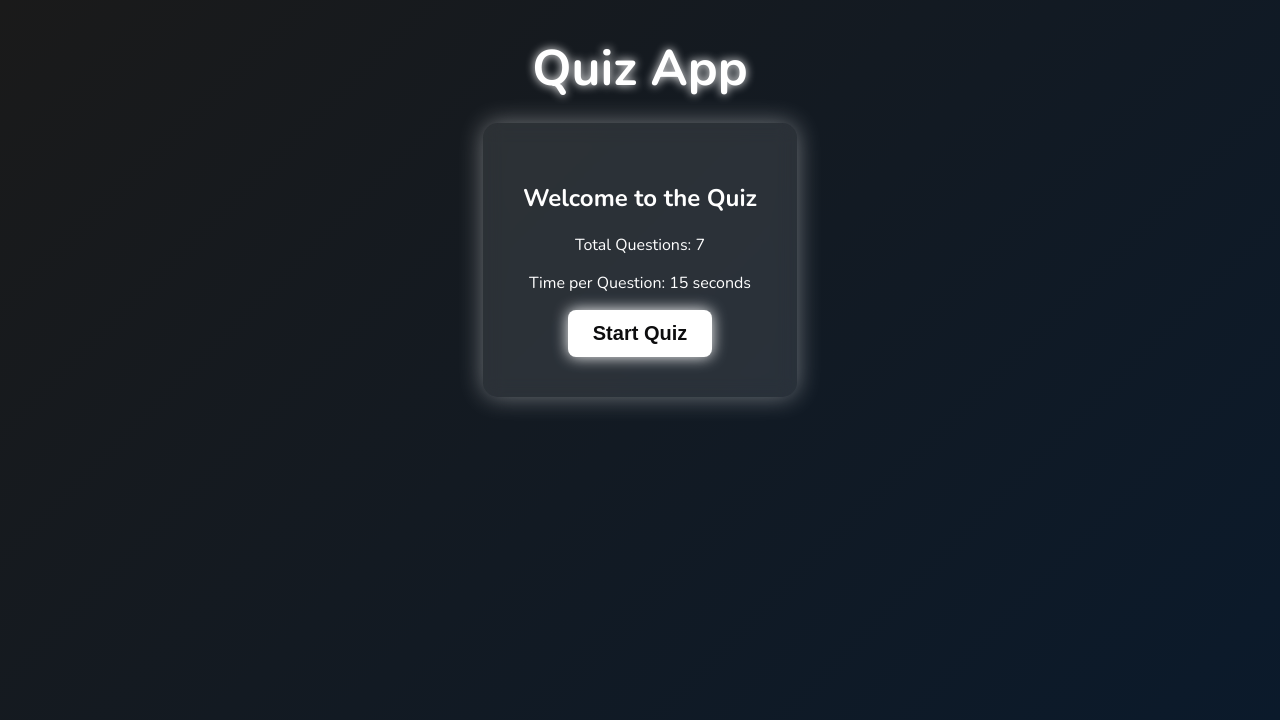
Repository: fatimaqueen9967-eng/SyntacexhubQuizApp
Page: index.html
These files come from the project's save history. The page is drawn as it stood at one moment and after a run of saves; the edit follows.
The browser window is 1280 px wide. The pictures show the whole page.

Above is the page before, as saved 2026-03-15 21:50:28.

After the next 3 saves:
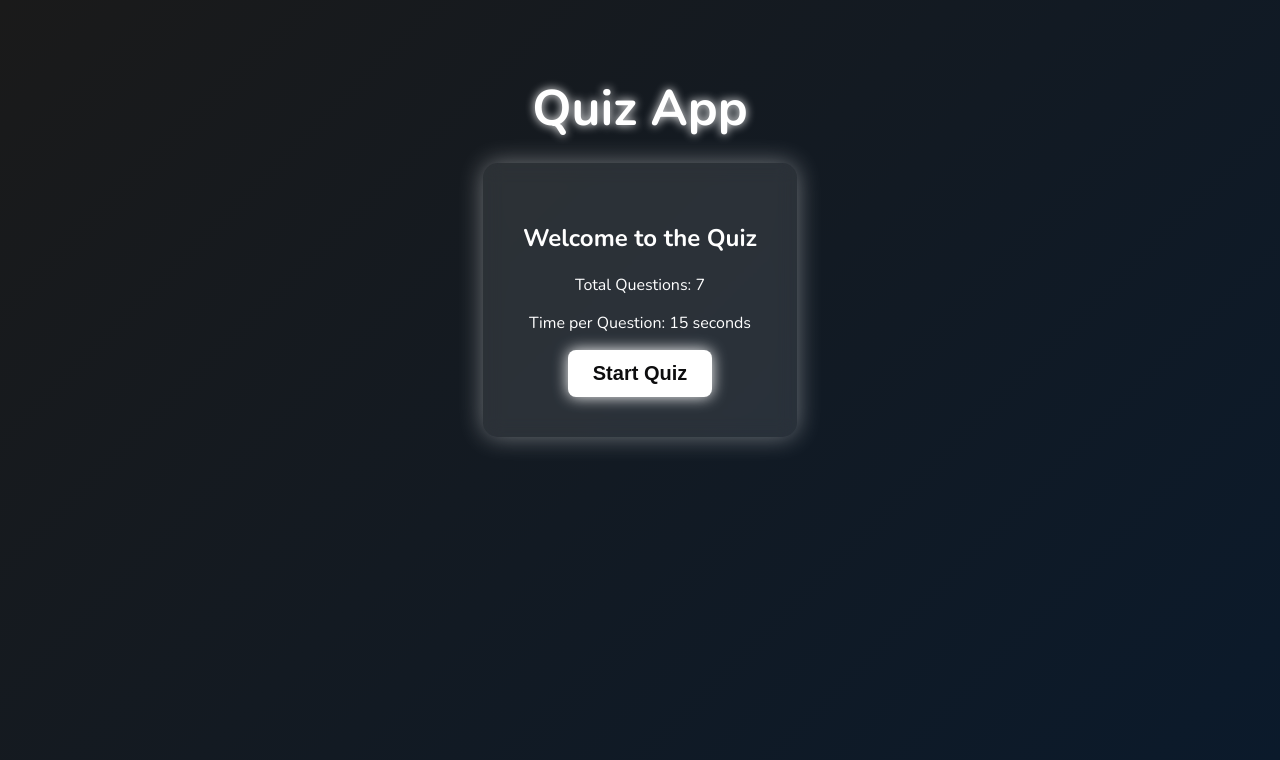
The 3 saves are shown as one change because they came seconds apart.
The last was saved 9 s later.
--- a/style.css
+++ b/style.css
@@ -12,7 +12,7 @@ align-items:center;
 min-height:100vh;
 margin:0;
 color:white;
-pa
+padding-top: 40px;
 }
 
 /* TITLE */
